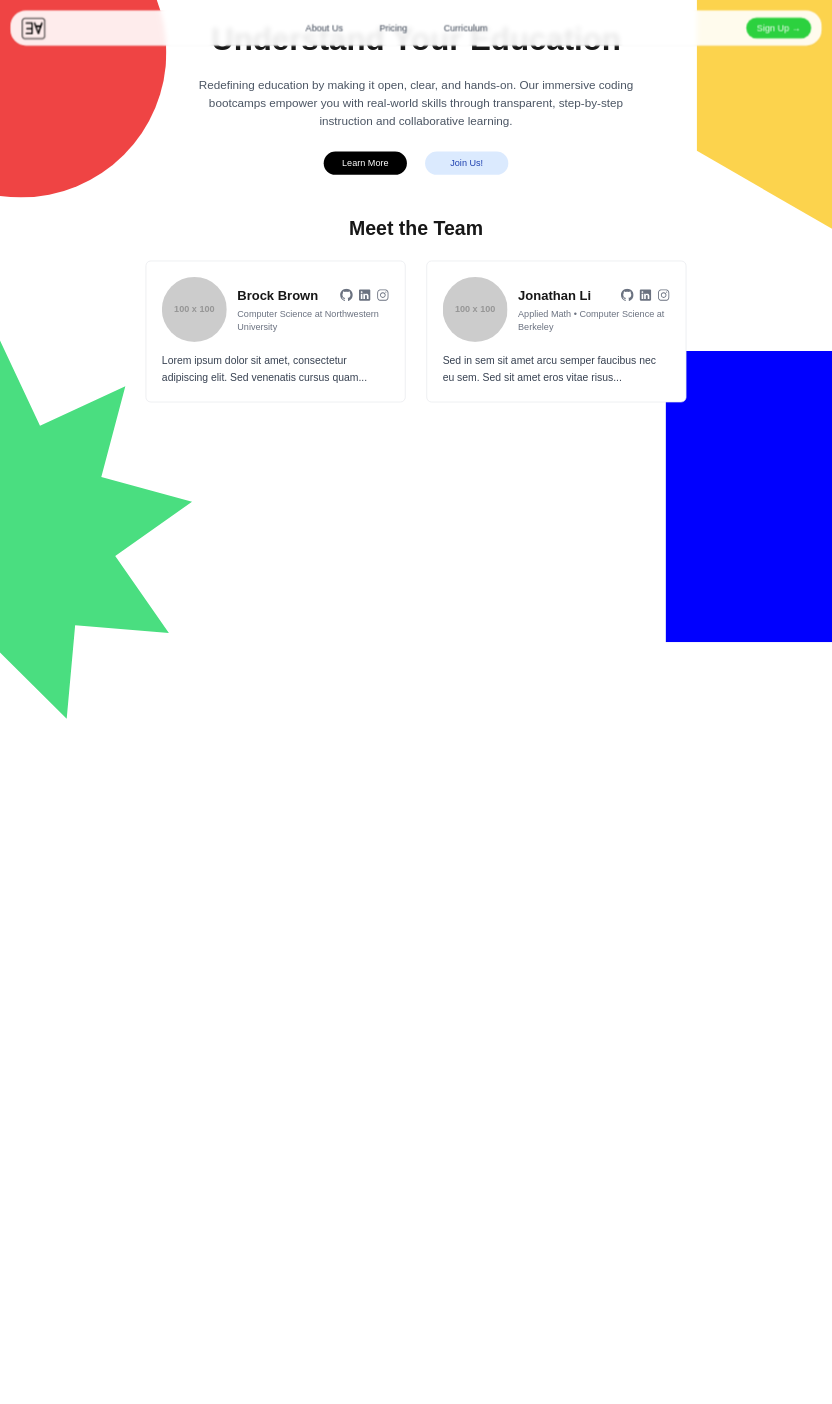
Repository: johnnyli-dev/bootcamp
Page: /
These files come from the project's save history. The page is drawn as it stood at one moment and after the next save; the edit follows.
The browser window is 1280 px wide. The pictures show the whole page, at 65% of full size.
The project was rebuilt for these pictures with package versions that can differ from the ones it lists, and the page was loaded fresh each time. The framework's server and built-in components were replaced by stand-ins that run in the browser. Also part of the build but not shown: next.config.ts.

Above is the page before, as saved 2025-02-22 14:53:11.

### app/page.tsx
import Image from "next/image";
import Navbar from "./components/Navbar";
import PCard from "./components/PCard";
import {
	GitHubLogoIcon,
	LinkedInLogoIcon,
	InstagramLogoIcon,
} from "@radix-ui/react-icons";

import {
	RedCircle,
	YellowHexagon,
	GreenStar,
	BlueSquare,
} from "./components/Shapes";

export default function Home() {
	return (
		<div className="min-h-screen bg-white relative overflow-hidden">
			{/* Hero Section */}
			<div className="relative h-screen flex items-center justify-center">
				{/* SVG Shapes positioned relative to hero section */}
				<div className="absolute inset-0">
					<RedCircle />
					<YellowHexagon />
					<GreenStar />
					<BlueSquare />
				</div>

				<Navbar />

				{/* Centered Content */}
				<div className="max-w-4xl mx-auto px-4 sm:px-6 lg:px-8 z-10">
					<main className="flex flex-col items-center text-center gap-8">
						<h1 className="text-5xl font-bold">
							Understand Your Education
						</h1>
						<p className="text-lg text-gray-600 max-w-2xl">
							Redefining education by making it open, clear, and
							hands-on. Our immersive coding bootcamps empower you
							with real-world skills through transparent,
							step-by-step instruction and collaborative learning.
						</p>
						<div className="flex gap-7 mt-[-5] whitespace-nowrap">
							<a
								href="#learn-more"
								className="bg-black text-white px-6 py-2 rounded-full hover:bg-gray-800 transition-colors w-32 text-center text-sm"
							>
								Learn More
							</a>
							<a
								href="#join"
								className="bg-blue-100 text-blue-800 px-6 py-2 rounded-full hover:bg-blue-200 transition-colors w-32 text-center text-sm"
							>
								Join Us!
							</a>
						</div>
					</main>

					{/* About Us (Meet the Team) Section */}
                    <section className="py-16 flex flex-col items-center">
                        <h2 className="text-3xl font-bold mb-8">Meet the Team</h2>

                        <div className="flex flex-col md:flex-row gap-8 justify-center">
                            <PCard
                                name="Brock Brown"
                                subtitle="Computer Science at Northwestern University"
                                description="Lorem ipsum dolor sit amet, consectetur adipiscing elit. Sed venenatis cursus quam..."
                                profileImage="https://placehold.co/100.png"
                                socialLinks={[
                                    {
                                        icon: <GitHubLogoIcon width={20} height={20} />,
                                        url: "https://github.com/bbrockbrown",
                                    },
                                    {
                                        icon: <LinkedInLogoIcon width={20} height={20} />,
                                        url: "https://www.linkedin.com/in/brock-brown-058216221/",
                                    },
                                    {
                                        icon: <InstagramLogoIcon width={20} height={20} />,
                                        url: "https://www.instagram.com/bbrockbrown/",
                                    },
                                ]}
                            />

                            <PCard
                                name="Jonathan Li"
                                subtitle="Applied Math • Computer Science at Berkeley"
                                description="Sed in sem sit amet arcu semper faucibus nec eu sem. Sed sit amet eros vitae risus..."
                                profileImage="https://placehold.co/100.png"
                                socialLinks={[
                                    {
                                        icon: <GitHubLogoIcon width={20} height={20} />,
                                        url: "https://github.com/johnnyli-dev",
                                    },
                                    {
                                        icon: <LinkedInLogoIcon width={20} height={20} />,
                                        url: "https://www.linkedin.com/in/johnny-li-390841220/",
                                    },
                                    {
                                        icon: <InstagramLogoIcon width={20} height={20} />,
                                        url: "https://www.instagram.com/johnny.lii/",
                                    },
                                ]}
                            />
                        </div>
                    </section>
				</div>
			</div>

			{/* Additional content sections can go here */}
			<div className="h-screen" />
			<div className="h-screen" />
		</div>
	);
}

### app/globals.css
@tailwind base;
@tailwind components;
@tailwind utilities;

:root {
	--background: #ffffff;
	--foreground: #171717;
}

@media (prefers-color-scheme: dark) {
	:root {
		--background: #ffffff;
		--foreground: #171717;
	}
}

body {
	color: var(--foreground);
	background: var(--background);
	font-family: "Poppins", sans-serif;
	overflow-x: hidden;
}

.geometric-shape {
	position: absolute;
	width: 300px;
	height: 300px;
	border-radius: 50%;
}

### app/components/Navbar.tsx
import Link from "next/link";
import Image from "next/image";

export default function Navbar() {
	return (
		<div className="fixed top-4 left-4 right-4 z-50">
			<nav className="bg-white/90 backdrop-blur-sm rounded-3xl p-1 shadow-sm">
				<div className="max-w-7xl mx-auto">
					<div className="flex items-center justify-between">
						<div className="flex-shrink-0 px-2">
							<Link href="/" className="flex items-center gap-2">
								<Image
									src="/logo.png"
									alt="CodeCamp Logo"
									width={48}
									height={48}
									className="object-contain"
								/>
							</Link>
						</div>

						{/* Center navigation items */}
						<div className="flex-1 flex justify-center">
							<div className="hidden sm:flex space-x-8 items-center">
								<Link
									href="/about-us"
									className="text-gray-700 hover:text-gray-900 px-3 py-2 text-sm"
								>
									About Us
								</Link>
								<Link
									href="/pricing"
									className="text-gray-700 hover:text-gray-900 px-3 py-2 text-sm"
								>
									Pricing
								</Link>
								<Link
									href="/curriculum"
									className="text-gray-700 hover:text-gray-900 px-3 py-2 text-sm"
								>
									Curriculum
								</Link>
							</div>
						</div>

						{/* Sign Up button */}
						<div className="flex-shrink-0 px-3">
							<Link
								href="/sign-up"
								className="bg-[#2cd13f] text-white px-4 py-2 rounded-full text-sm hover:bg-[#8BBBCF] transition-colors"
							>
								Sign Up →
							</Link>
						</div>
					</div>
				</div>
			</nav>
		</div>
	);
}

### app/components/PCard.tsx
"use client";
import Image from "next/image";
import { JSX } from "react";

interface SocialLink {
	icon: JSX.Element;
	url: string;
}

interface PCardProps {
	name: string;
	subtitle: string;
	description: string;
	profileImage: string;
	socialLinks: SocialLink[];
}

export default function PCard({
	name,
	subtitle,
	description,
	profileImage,
	socialLinks,
}: PCardProps) {
	return (
		<div className="border border-gray-200 rounded-lg p-6 w-full max-w-xl bg-white">
			{/* Top row: Profile image + Name & Socials */}
			<div className="flex items-center">
				<Image
					src={profileImage}
					alt={name}
					width={100}
					height={100}
					className="rounded-full object-cover mr-4"
				/>
				<div className="flex-1">
					<div className="flex items-center justify-between">
						<h3 className="text-xl font-bold">{name}</h3>
						<div className="flex space-x-2">
							{socialLinks.map((link, index) => (
								<a
									key={index}
									href={link.url}
									target="_blank"
									rel="noopener noreferrer"
									className="text-gray-500 hover:text-gray-700"
								>
									{link.icon}
								</a>
							))}
						</div>
					</div>
					<p className="text-gray-500 text-sm mt-1">{subtitle}</p>
				</div>
			</div>
			{/* Description */}
			<p className="mt-4 text-gray-700 leading-relaxed">{description}</p>
		</div>
	);
}

### app/components/Shapes.tsx
"use client";
import { useScrollRotation } from "../hooks/useScrollRotation";

export function RedCircle() {
	const rotation = useScrollRotation();
	return (
		<svg
			className="absolute top-[-20%] left-[-15%] -translate-x-1/2 -translate-y-1/2 w-[35vw] h-[35vw] transition-transform duration-100"
			viewBox="0 0 256 256"
			style={{ transform: `rotate(${rotation}deg)` }}
		>
			<circle cx="128" cy="128" r="128" fill="#EF4444" />
		</svg>
	);
}

export function YellowHexagon() {
	const rotation = useScrollRotation();
	return (
		<svg
			className="absolute top-[-20%] right-[-20%] translate-x-1/2 -translate-y-1/2 w-[40vw] h-[40vw] transition-transform duration-100"
			viewBox="0 0 256 256"
			style={{ transform: `rotate(${-rotation}deg)` }}
		>
			<polygon
				points="128,8 231.92,68 231.92,188 128,248 24.08,188 24.08,68"
				fill="#FCD34D"
			/>
		</svg>
	);
}

export function GreenStar() {
	const rotation = useScrollRotation();
	return (
		<svg
			className="absolute top-[70%] left-[-25%] -translate-x-1/2 -translate-y-1/2 w-[50vw] h-[50vw] transition-transform duration-100"
			viewBox="0 0 256 256"
			style={{ transform: `rotate(${rotation * 0.5}deg)` }}
		>
			<polygon
				points="
          128,8
          152.62,60.34
          205.13,36.08
          190.35,92
          246.18,107.16
          198.91,140.52
          231.92,188
          174.25,183.16
          169.04,240.76
          128,200
          86.96,240.76
          81.75,183.16
          24.08,188
          57.09,140.52
          9.82,107.16
          65.65,92
          50.87,36.08
          103.38,60.34
        "
				fill="#4ADE80"
			/>
		</svg>
	);
}

export function BlueSquare() {
	const rotation = useScrollRotation();
	return (
		<svg
			className="absolute top-[75%] left-[80%] -translate-x-1/2 -translate-y-1/2 w-[35vw] transition-transform h-[35vw] duration-100"
			viewBox="0 0 256 256"
			style={{ transform: `rotate(${rotation * 1.5}deg)` }}
		>
			<rect x="0" y="0" width="256" height="256" fill="blue" />
		</svg>
	);
}

### app/hooks/useScrollRotation.ts
import { useState, useEffect } from "react";

export function useScrollRotation() {
	const [rotation, setRotation] = useState(0);

	useEffect(() => {
		const handleScroll = () => {
			const scrolled = window.scrollY;
			setRotation(scrolled * 0.1); // Adjust this multiplier to control rotation speed
		};

		window.addEventListener("scroll", handleScroll);
		return () => window.removeEventListener("scroll", handleScroll);
	}, []);

	return rotation;
}

Loaded but not shown: app/layout.tsx (common file); tailwind.config.ts (common file)

After the next save:
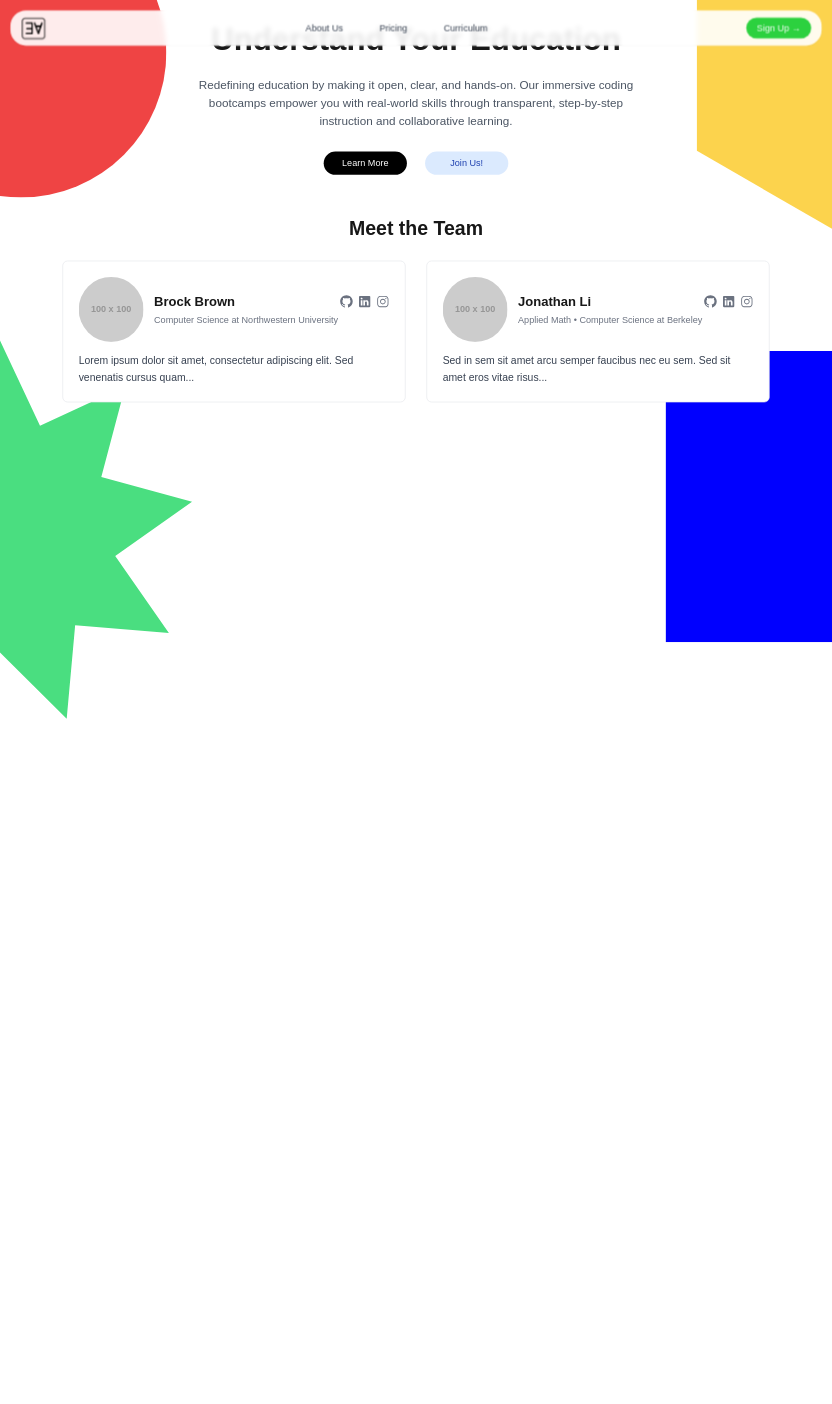
Saved 2 min 14 s later.
--- a/app/page.tsx
+++ b/app/page.tsx
@@ -30,7 +30,7 @@ export default function Home() {
 				<Navbar />
 
 				{/* Centered Content */}
-				<div className="max-w-4xl mx-auto px-4 sm:px-6 lg:px-8 z-10">
+				<div className="max-w-6xl mx-auto px-4 sm:px-6 lg:px-8 z-10">
 					<main className="flex flex-col items-center text-center gap-8">
 						<h1 className="text-5xl font-bold">
 							Understand Your Education
@@ -41,7 +41,7 @@ export default function Home() {
 							with real-world skills through transparent,
 							step-by-step instruction and collaborative learning.
 						</p>
-						<div className="flex gap-7 mt-[-5] whitespace-nowrap">
+						<div className="flex gap-7 whitespace-nowrap">
 							<a
 								href="#learn-more"
 								className="bg-black text-white px-6 py-2 rounded-full hover:bg-gray-800 transition-colors w-32 text-center text-sm"
@@ -58,57 +58,89 @@ export default function Home() {
 					</main>
 
 					{/* About Us (Meet the Team) Section */}
-                    <section className="py-16 flex flex-col items-center">
-                        <h2 className="text-3xl font-bold mb-8">Meet the Team</h2>
+					<section className="py-16 flex flex-col items-center">
+						<h2 className="text-3xl font-bold mb-8">
+							Meet the Team
+						</h2>
 
-                        <div className="flex flex-col md:flex-row gap-8 justify-center">
-                            <PCard
-                                name="Brock Brown"
-                                subtitle="Computer Science at Northwestern University"
-                                description="Lorem ipsum dolor sit amet, consectetur adipiscing elit. Sed venenatis cursus quam..."
-                                profileImage="https://placehold.co/100.png"
-                                socialLinks={[
-                                    {
-                                        icon: <GitHubLogoIcon width={20} height={20} />,
-                                        url: "https://github.com/bbrockbrown",
-                                    },
-                                    {
-                                        icon: <LinkedInLogoIcon width={20} height={20} />,
-                                        url: "https://www.linkedin.com/in/brock-brown-058216221/",
-                                    },
-                                    {
-                                        icon: <InstagramLogoIcon width={20} height={20} />,
-                                        url: "https://www.instagram.com/bbrockbrown/",
-                                    },
-                                ]}
-                            />
+						<div className="flex flex-col md:flex-row gap-8 items-center justify-center">
+							<PCard
+								name="Brock Brown"
+								subtitle="Computer Science at Northwestern University"
+								description="Lorem ipsum dolor sit amet, consectetur adipiscing elit. Sed venenatis cursus quam..."
+								profileImage="https://placehold.co/100.png"
+								socialLinks={[
+									{
+										icon: (
+											<GitHubLogoIcon
+												width={20}
+												height={20}
+											/>
+										),
+										url: "https://github.com/brockbrown",
+									},
+									{
+										icon: (
+											<LinkedInLogoIcon
+												width={20}
+												height={20}
+											/>
+										),
+										url: "https://linkedin.com/in/brockbrown",
+									},
+									{
+										icon: (
+											<InstagramLogoIcon
+												width={20}
+												height={20}
+											/>
+										),
+										url: "https://instagram.com/brockbrown",
+									},
+								]}
+							/>
 
-                            <PCard
-                                name="Jonathan Li"
-                                subtitle="Applied Math • Computer Science at Berkeley"
-                                description="Sed in sem sit amet arcu semper faucibus nec eu sem. Sed sit amet eros vitae risus..."
-                                profileImage="https://placehold.co/100.png"
-                                socialLinks={[
-                                    {
-                                        icon: <GitHubLogoIcon width={20} height={20} />,
-                                        url: "https://github.com/johnnyli-dev",
-                                    },
-                                    {
-                                        icon: <LinkedInLogoIcon width={20} height={20} />,
-                                        url: "https://www.linkedin.com/in/johnny-li-390841220/",
-                                    },
-                                    {
-                                        icon: <InstagramLogoIcon width={20} height={20} />,
-                                        url: "https://www.instagram.com/johnny.lii/",
-                                    },
-                                ]}
-                            />
-                        </div>
-                    </section>
+							<PCard
+								name="Jonathan Li"
+								subtitle="Applied Math • Computer Science at Berkeley"
+								description="Sed in sem sit amet arcu semper faucibus nec eu sem. Sed sit amet eros vitae risus..."
+								profileImage="https://placehold.co/100.png"
+								socialLinks={[
+									{
+										icon: (
+											<GitHubLogoIcon
+												width={20}
+												height={20}
+											/>
+										),
+										url: "https://github.com/jonathanli",
+									},
+									{
+										icon: (
+											<LinkedInLogoIcon
+												width={20}
+												height={20}
+											/>
+										),
+										url: "https://linkedin.com/in/jonathanli",
+									},
+									{
+										icon: (
+											<InstagramLogoIcon
+												width={20}
+												height={20}
+											/>
+										),
+										url: "https://instagram.com/jonathanli",
+									},
+								]}
+							/>
+						</div>
+					</section>
 				</div>
 			</div>
 
-			{/* Additional content sections can go here */}
+			{/* Additional content sections */}
 			<div className="h-screen" />
 			<div className="h-screen" />
 		</div>
